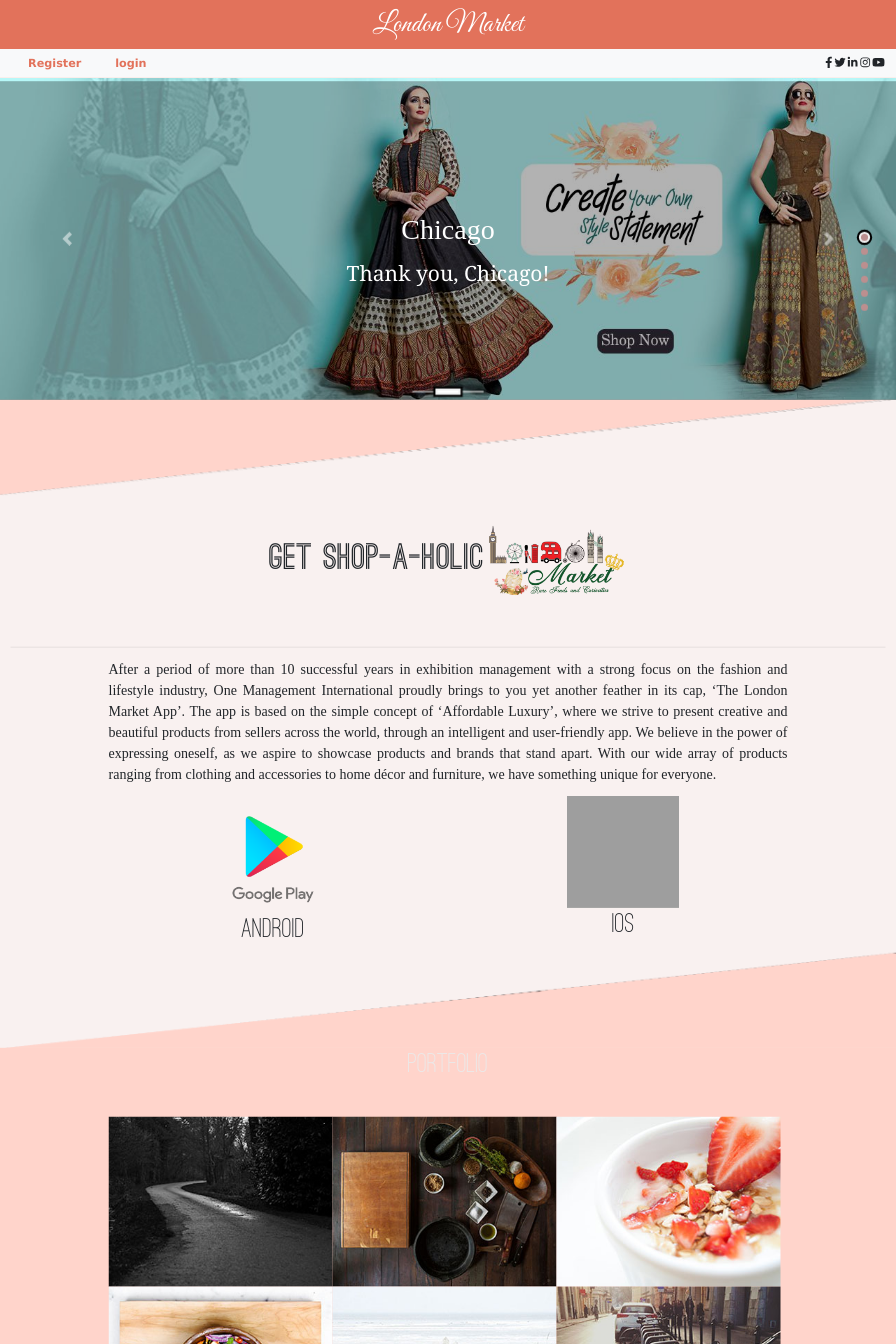
Repository: Demonster1999/newshoperrepo
Page: index.html
The author's editor kept a copy of each file at every save. The page is drawn from the files as they stood at one save, then again after the next save.
The browser window is 1280 px wide. The pictures show the part of the page from y = 0 to 1920 px (the page is 4088 px tall), at 70% of full size.
Pictures or frames that could not be fetched are drawn as grey boxes. Some web libraries are served in a nearby version.

Above is the page before, as saved 2020-07-21 13:18:06.
Console error: TypeError: Cannot read properties of null (reading 'getContext')

After the next save:
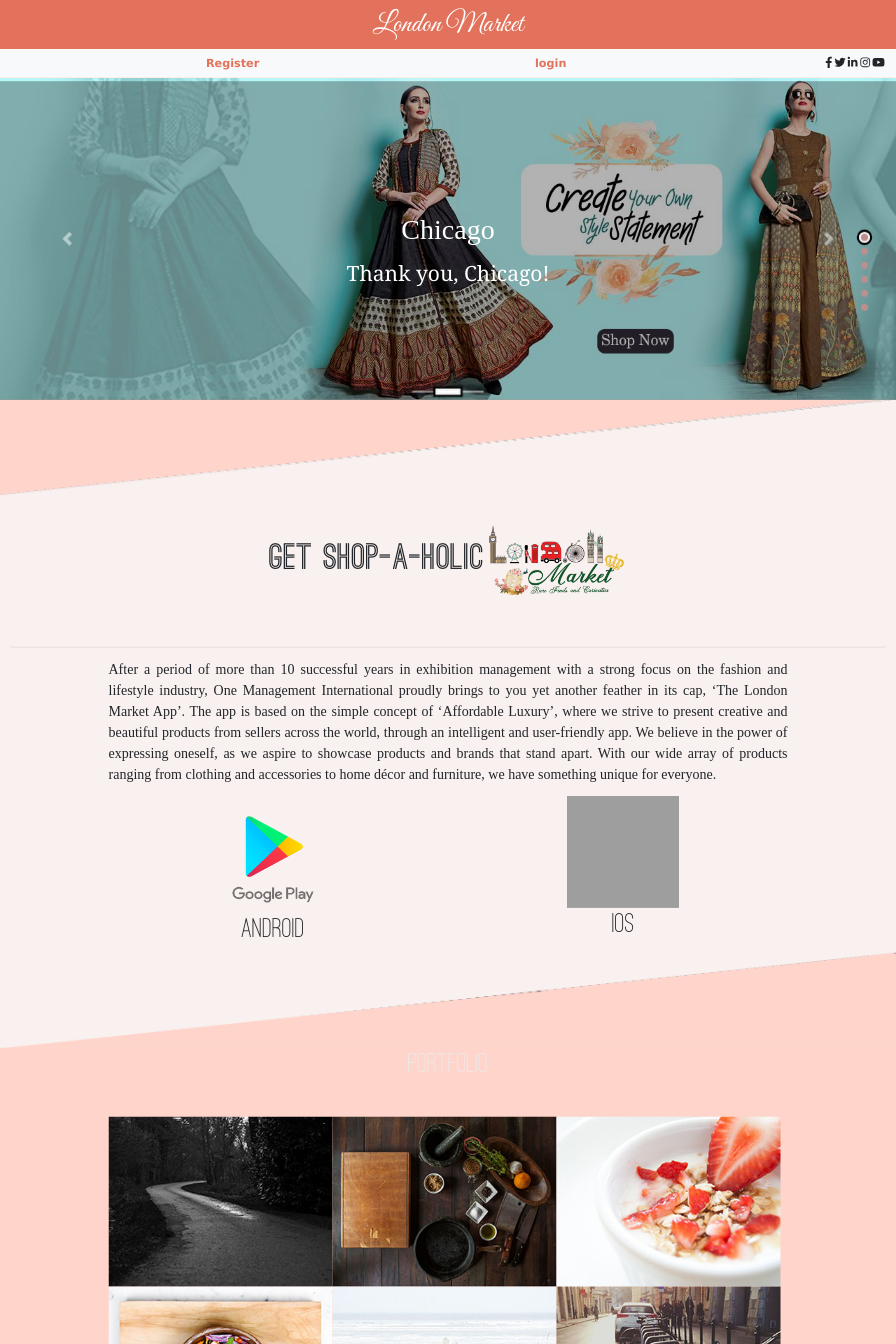
Saved 10 s later.
--- a/index.html
+++ b/index.html
@@ -38,7 +38,7 @@
 
 
 		<div class="collapse navbar-collapse" id="navbarSupportedContent">
-			<ul class="navbar-nav mr-auto text-center">
+			<ul class="navbar-nav container mr-auto text-center">
 
 				<li class="nav-item">
 					<a class=" " href="#">Register</a>

After the 4 saves that followed:
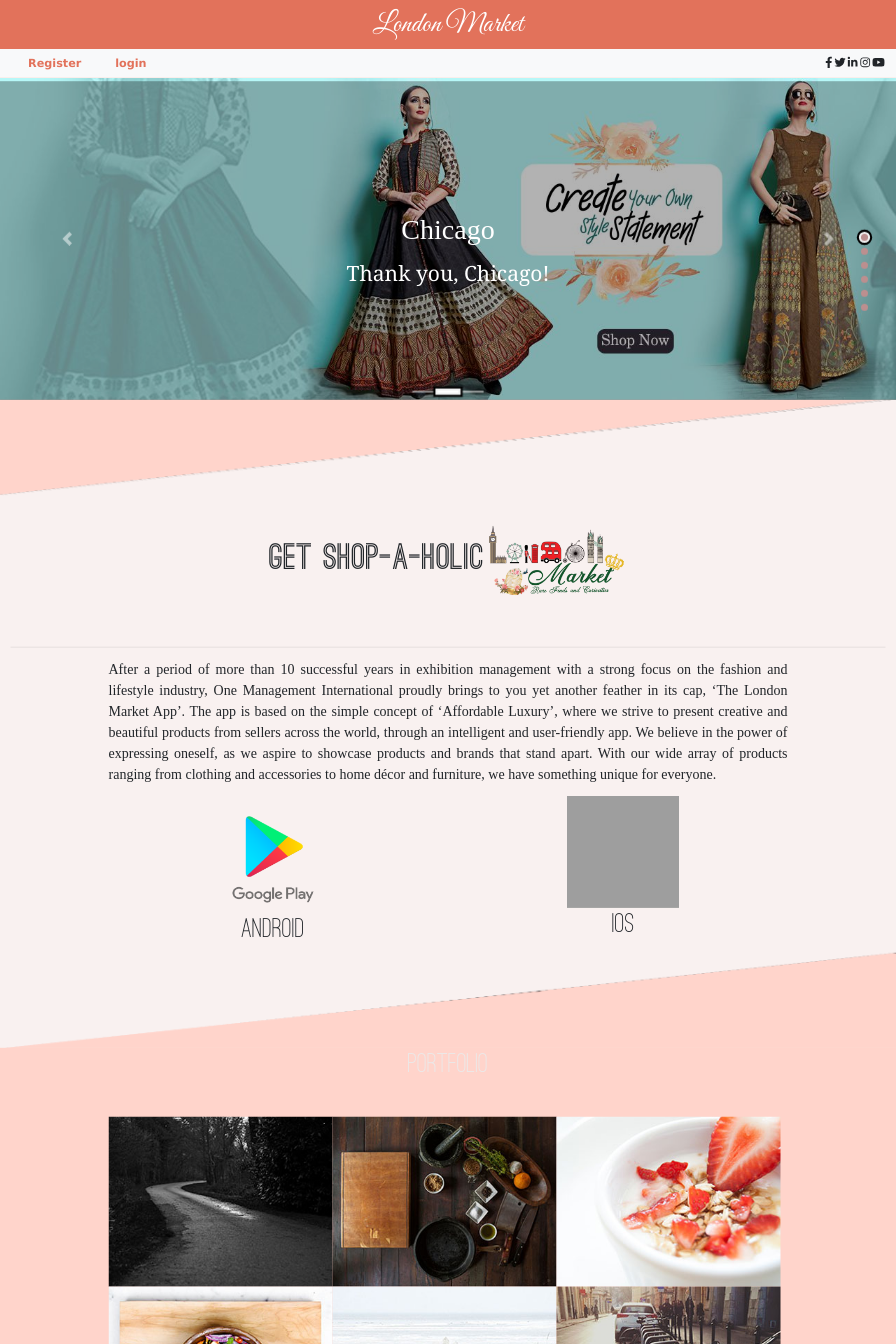
The 4 saves are shown as one change because 1 left the picture as it was and some came seconds apart.
The last was saved 17 s later.
--- a/index.html
+++ b/index.html
@@ -38,7 +38,7 @@
 
 
 		<div class="collapse navbar-collapse" id="navbarSupportedContent">
-			<ul class="navbar-nav container mr-auto text-center">
+			<ul class="navbar-nav  mr-auto text-center">
 
 				<li class="nav-item">
 					<a class=" " href="#">Register</a>
